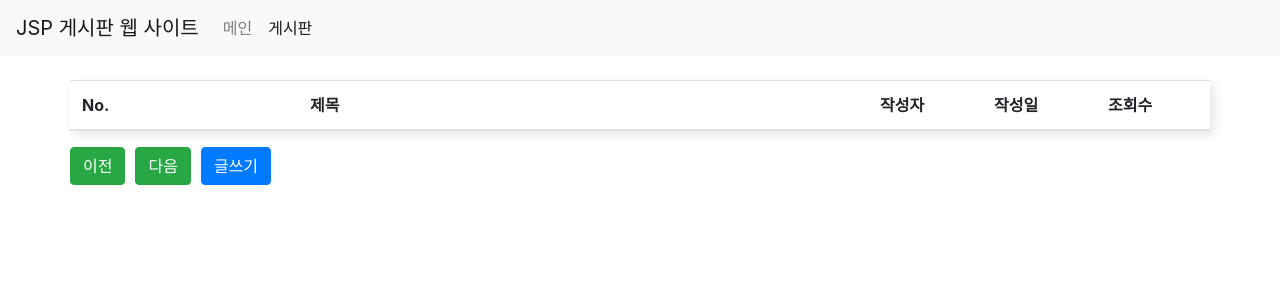
Repository: hz6450/2024-summer-jsp-notice-project
Page: http://localhost/BBS/BBS.jsp
These files come from the project's save history. The page is drawn as it stood at one moment and after the next save; the edit follows.
The browser window is 1280 px wide. The pictures show the whole page.
Some web libraries are served in a nearby version. The page is served by Tomcat 10. Other server files are loaded and not shown. Queries for data that is not in the repository find no rows.

Above is the page before, as saved 2024-07-16 00:02:47.

### projects/BBS/src/main/webapp/BBS.jsp
<%@ page language="java" contentType="text/html; charset=UTF-8"
	pageEncoding="UTF-8"%>
<%@ page import="java.io.PrintWriter"%>
<%@ page import="bbs.BbsDAO"%>
<%@ page import="bbs.Bbs"%>
<%@ page import="java.util.ArrayList"%>
<!DOCTYPE html>
<html>

<head>
<meta charset="UTF-8">
<meta name="viewport" content="width=device-width, initial-scale=1">
<title>JSP 게시판 웹 사이트</title>
<link rel="stylesheet" href="https://stackpath.bootstrapcdn.com/bootstrap/4.5.2/css/bootstrap.min.css">
<style type="text/css">
    /* Custom CSS styles can go here */
    #bbs-table {
        box-shadow: 4px 4px 10px rgba(0, 0, 0, 0.1);
    }
    #bbs-table th, #bbs-table td {
        vertical-align: middle;
    }
    .btn-arrow-left {
        margin-right: 10px;
    }
</style>
</head>

<body>
<%
	String userID = null;
	if (session.getAttribute("userID") != null) {
		userID = (String) session.getAttribute("userID");

	}
	int pageNumber = 1;
	if (request.getParameter("pageNumber") != null) {
		pageNumber = Integer.parseInt(request.getParameter("pageNumber"));
	}
	%>

    <nav class="navbar navbar-expand-lg navbar-light bg-light">
        <a class="navbar-brand" href="main.jsp">JSP 게시판 웹 사이트</a>
        <button class="navbar-toggler" type="button" data-toggle="collapse" data-target="#bs-example-navbar-collapse-1"
            aria-controls="bs-example-navbar-collapse-1" aria-expanded="false" aria-label="Toggle navigation">
            <span class="navbar-toggler-icon"></span>
        </button>

        <div class="collapse navbar-collapse" id="bs-example-navbar-collapse-1">
            <ul class="navbar-nav mr-auto">
                <li class="nav-item">
                    <a class="nav-link" href="main.jsp">메인</a>
                </li>
                <li class="nav-item active">
                    <a class="nav-link" href="BBS.jsp">게시판</a>
                </li>
            </ul>
        </div>
    </nav>

    <div class="container mt-4">
        <div class="row">
            <table class="table table-striped" id="bbs-table">
                <thead>
                    <tr>
                        <th scope="col" style="width: 20%">No.</th>
                        <th scope="col" style="width: 50%">제목</th>
                        <th scope="col">작성자</th>
                        <th scope="col">작성일</th>
                        <th scope="col">조회수</th>
                    </tr>
                </thead>
                <tbody>
                    <%
                    BbsDAO bbsDAO = new BbsDAO();
                    ArrayList<Bbs> list = bbsDAO.getList(pageNumber);
                    for (int i = 0; i < list.size(); i++) {
                    %>
                    <tr>
                        <td><%=list.get(i).getBbsId()%></td>
                        <td><a href="view.jsp?bbsID=<%=list.get(i).getBbsId()%>"><%=list.get(i).getBbsTitle()%></a></td>
                        <td><%=list.get(i).getUserID()%></td>
                        <td><%=list.get(i).getBbsDate().substring(0, 16).replace(" ", "<br>")%></td>
                        <td><%=list.get(i).getBbsView()%></td>
                    </tr>
                    <% } %>
                </tbody>
            </table>

            <div class="d-flex justify-content-between align-items-center">
                <a href="BBS.jsp?pageNumber=<%=pageNumber - 1%>" class="btn btn-success btn-arrow-left">이전</a>
                <a href="BBS.jsp?pageNumber=<%=pageNumber + 1%>" class="btn btn-success btn-arrow-left">다음</a>
                <a href="write.jsp" class="btn btn-primary">글쓰기</a>
            </div>
        </div>
    </div>

    <script src="https://code.jquery.com/jquery-3.5.1.slim.min.js"></script>
    <script src="https://cdn.jsdelivr.net/npm/@popperjs/core@1.16.1/dist/umd/popper.min.js"></script>
    <script src="https://stackpath.bootstrapcdn.com/bootstrap/4.5.2/js/bootstrap.min.js"></script>
</body>

</html>

### projects/BBS/src/main/java/bbs/BbsDAO.java
package bbs;

import java.sql.Connection;
import java.sql.DriverManager;
import java.sql.PreparedStatement;
import java.sql.ResultSet;
import java.util.ArrayList;

public class BbsDAO {

	private Connection conn;
	private ResultSet rs;

	public BbsDAO() {
		try {
			String dbURL = "jdbc:mysql://localhost:3306/BBS";
			String dbID = "root";
			String dbPassword = "6450";
			Class.forName("com.mysql.jdbc.Driver");
			conn = DriverManager.getConnection(dbURL, dbID, dbPassword);
		} catch (Exception e) {
			e.printStackTrace();
		}
	}

	public String getDate() {
		String SQL = "SELECT NOW()";
		try {
			PreparedStatement pstmt = conn.prepareStatement(SQL);
			rs = pstmt.executeQuery();
			if (rs.next()) {
				return rs.getString(1);
			}
		} catch (Exception e) {
			e.printStackTrace();
		}
		return "";
	}

	public int getNext() {
		String SQL = "SELECT bbsID FROM BBS ORDER BY bbsID DESC";
		try {
			PreparedStatement pstmt = conn.prepareStatement(SQL);
			rs = pstmt.executeQuery();
			if (rs.next()) {
				return rs.getInt(1) + 1;
			}
		} catch (Exception e) {
			e.printStackTrace();
		}
		return 1;
	}

	public int write(String bbsTitle, String userID, String bbsContent) {
		String SQL = "INSERT INTO BBS VALUE(?,?,?,?,?,?,?)";
		try {
			PreparedStatement pstmt = conn.prepareStatement(SQL);

			pstmt.setInt(1, getNext());
			pstmt.setString(2, bbsTitle);
			pstmt.setString(3, userID);
			pstmt.setString(4, getDate());
			pstmt.setString(5, bbsContent);
			pstmt.setInt(6, 1);
			pstmt.setInt(7, 0);
			return pstmt.executeUpdate();
		} catch (Exception e) {
			e.printStackTrace();
		}
		return -1;
	}

	public ArrayList<Bbs> getList(int pageNumber) {
		String SQL = "SELECT * From BBS WHERE bbsID < ? AND bbsAvailable = 1 ORDER BY bbsID DESC LIMIT 5";
		ArrayList<Bbs> list = new ArrayList<Bbs>();
		try {
			PreparedStatement pstmt = conn.prepareStatement(SQL);
			pstmt.setInt(1, getNext() - (pageNumber - 1) * 5);
			rs = pstmt.executeQuery();
			while (rs.next()) {
				Bbs bbs = new Bbs();
				bbs.setBbsId(rs.getInt(1));
				bbs.setBbsTitle(rs.getString(2));
				bbs.setUserID(rs.getString(3));
				bbs.setBbsDate(rs.getString(4));
				bbs.setBbsContent(rs.getString(5));
				bbs.setBbsAvailable(rs.getInt(6));
				bbs.setBbsView(rs.getInt(7));
				list.add(bbs);
			}
		} catch (Exception e) {
			e.printStackTrace();
		}
		return list;
	}

	public boolean nextPage(int pageNumber) {
		String SQL = "SELECT * From BBS WHERE bbsAvailable = 1 ORDER BY bbsID DESC LIMIT 20";
		try {
			PreparedStatement pstmt = conn.prepareStatement(SQL);
			pstmt.setInt(1, getNext() - (pageNumber - 1) * 5);
			rs = pstmt.executeQuery();
			if (rs.next()) {
				return true;
			}
		} catch (Exception e) {
			e.printStackTrace();
		}
		return false;
	}

	public Bbs getBbs(int bbsID) {
		String SQL = "SELECT * FROM BBS WHERE bbsID = ?";
		try {
			PreparedStatement pstmt = conn.prepareStatement(SQL);
			pstmt.setInt(1, bbsID);
			rs = pstmt.executeQuery();
			if (rs.next()) {
				Bbs bbs = new Bbs();
				bbs.setBbsId(rs.getInt(1));
				bbs.setBbsTitle(rs.getString(2));
				bbs.setUserID(rs.getString(3));
				bbs.setBbsDate(rs.getString(4));
				bbs.setBbsContent(rs.getString(5));
				bbs.setBbsAvailable(rs.getInt(6));
				int bbsView = rs.getInt(7);
				bbs.setBbsView(bbsView);
				bbsView = bbsView + 1;
				countUpdate(bbsView, bbsID);
				return bbs;
			}
		} catch (Exception e) {
			e.printStackTrace();
		}
		return null;
	}

	public int countUpdate(int bbsCount, int bbsID) {
		String SQL = "update bbs set bbsViews = ? where bbsID = ?";
		try {
			PreparedStatement pstmt = conn.prepareStatement(SQL);
			pstmt.setInt(1, bbsCount);// 물음표의 순서
			pstmt.setInt(2, bbsID);
			return pstmt.executeUpdate();// insert,delete,update
		} catch (Exception e) {
			e.printStackTrace();
		}
		return -1;// 데이터베이스 오류
	}

	public int update(int bbsID, String bbsTitle, String bbsContent) {
		String SQL = "UPDATE BBS SET bbsTitle = ?, bbsContent= ? WHERE bbsID = ?";
		try {
			PreparedStatement pstmt = conn.prepareStatement(SQL);

			pstmt.setString(1, bbsTitle);
			pstmt.setString(2, bbsContent);
			pstmt.setInt(3, bbsID);

			return pstmt.executeUpdate();
		} catch (Exception e) {
			e.printStackTrace();
		}
		return -1;
	}

	public int delete(int bbsID) {
		String SQL = "DELETE FROM BBS WHERE bbsID = ?";
		try {
			PreparedStatement pstmt = conn.prepareStatement(SQL);
			pstmt.setInt(1, bbsID);

			return pstmt.executeUpdate();
		} catch (Exception e) {
			e.printStackTrace();
		}
		return -1;
	}
}

After the next save:
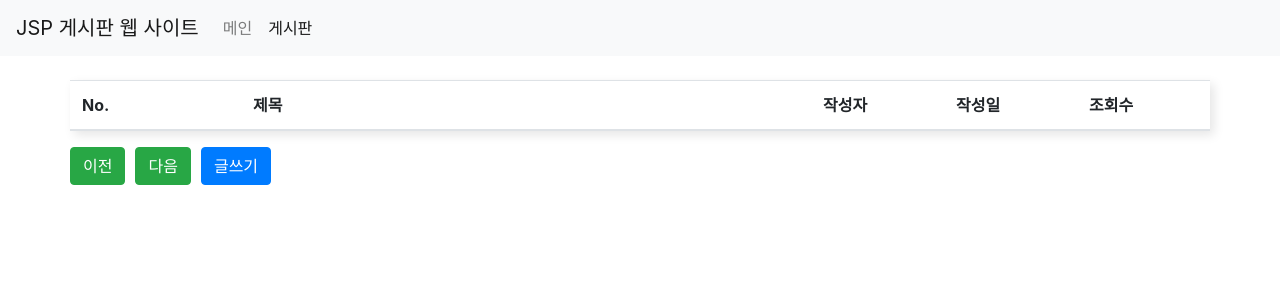
Saved 16 s later.
--- a/projects/BBS/src/main/webapp/BBS.jsp
+++ b/projects/BBS/src/main/webapp/BBS.jsp
@@ -63,7 +63,7 @@
             <table class="table table-striped" id="bbs-table">
                 <thead>
                     <tr>
-                        <th scope="col" style="width: 20%">No.</th>
+                        <th scope="col" style="width: 15%">No.</th>
                         <th scope="col" style="width: 50%">제목</th>
                         <th scope="col">작성자</th>
                         <th scope="col">작성일</th>

After the save that followed:
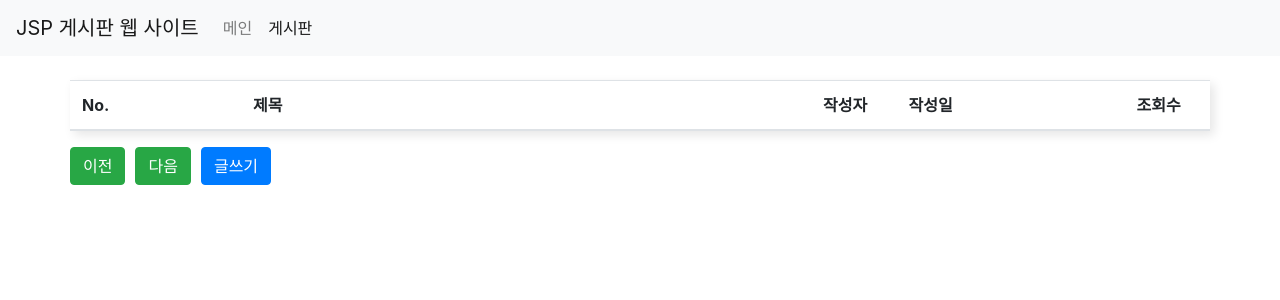
Saved 17 s later.
--- a/projects/BBS/src/main/webapp/BBS.jsp
+++ b/projects/BBS/src/main/webapp/BBS.jsp
@@ -66,7 +66,7 @@
                         <th scope="col" style="width: 15%">No.</th>
                         <th scope="col" style="width: 50%">제목</th>
                         <th scope="col">작성자</th>
-                        <th scope="col">작성일</th>
+                        <th scope="col" style="width: 20%">작성일</th>
                         <th scope="col">조회수</th>
                     </tr>
                 </thead>
